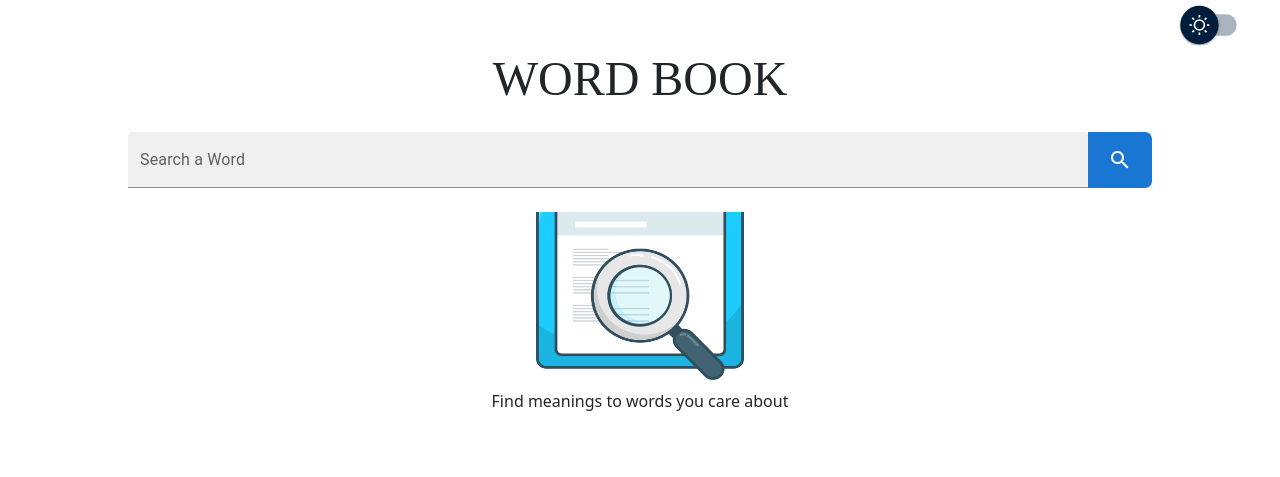
Repository: marveldev/my-dictionary
Page: /
The author's editor kept a copy of each file at every save. The page is drawn from the files as they stood at one save, then again after the next save.
The browser window is 1280 px wide. The pictures show the whole page.
The project was rebuilt for these pictures with package versions that can differ from the ones it lists, and the page was loaded fresh each time. Also part of the build but not shown: src/components/themeSwitcher/MUISwitch.jsx.

Above is the page before, as saved 2022-05-29 18:47:10.

After the next save:
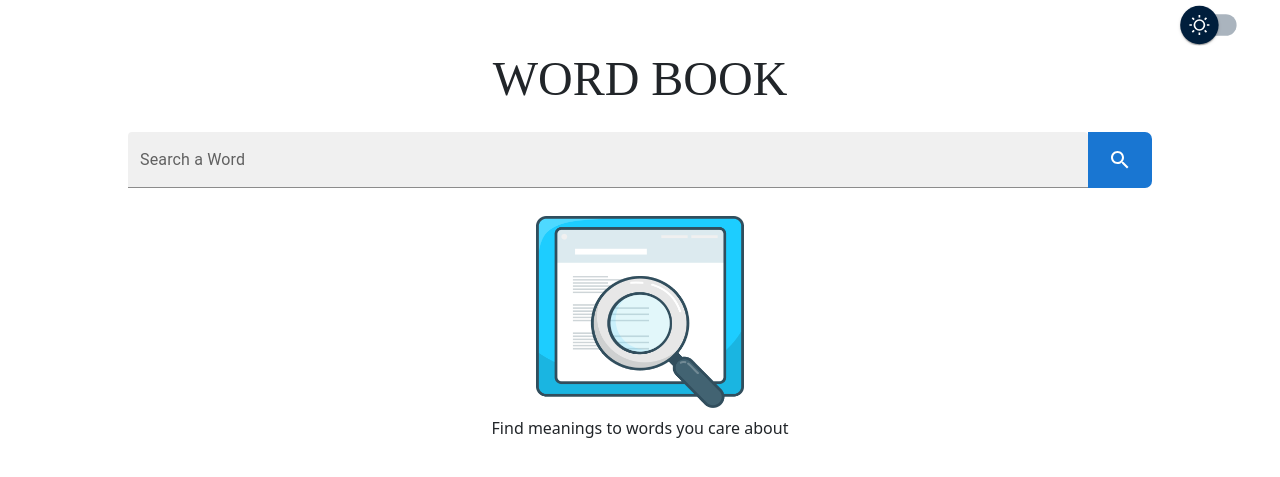
Saved 5 min 10 s later.
--- a/src/index.css
+++ b/src/index.css
@@ -55,7 +55,7 @@ h1 {
 }
 
 .output {
-  margin: 11.3em auto 0;
+  margin: 13em auto 0;
   padding-bottom: 1em;
 }
 
